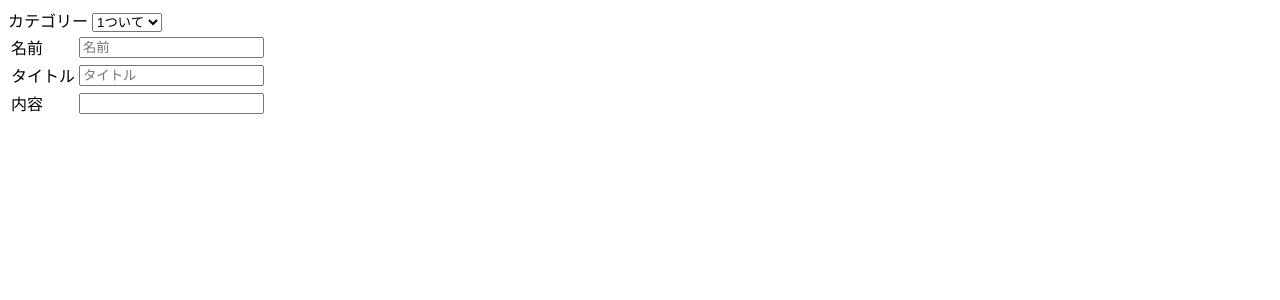
Repository: ryuhei0204/test
Page: http://localhost/Mytest/contact.jsp
The author's editor kept a copy of each file at every save. The page is drawn from the files as they stood at one save, then again after the next save.
The browser window is 1280 px wide. The pictures show the whole page.
The page is served by Tomcat 9.

Above is the page before, as saved 2019-06-27 04:38:58.

After the next save:
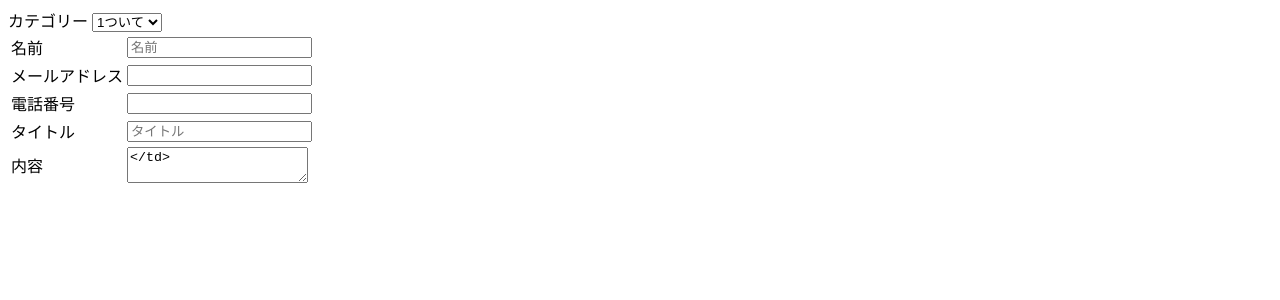
Saved 5 min 24 s later.
--- a/Mytest/WebContent/contact.jsp
+++ b/Mytest/WebContent/contact.jsp
@@ -26,6 +26,17 @@
 				<td><label>名前</label></td>
 				<td><input type = "text" name = "contactname" placeholder = "名前" value = "<s:property value = 'contactname'/>"/></td>
 			</tr>
+
+			<tr>
+				<td><label>メールアドレス</label>
+				<td><input type = "text" name = "contactmail" palceholder = "メールアドレス" value = "<s:property value = 'contactmail'/>"/></td>
+			</tr>
+
+			<tr>
+				<td><label>電話番号</label>
+				<td><input type = "text" name = "contacttel" palceholder = "電話番号" value = "<s:property value = 'cantacttel'/>"/></td>
+			</tr>
+
 			<tr>
 				<td><label>タイトル</label></td>
 				<td><input type = "text" name = "title" placeholder = "タイトル" value = "<s:property value = 'title'/>"/>
@@ -33,7 +44,7 @@
 
 			<tr>
 				<td><label>内容</label></td>
-				<td><input type = "textarea" name = "contents" value = "<s:property value = 'contents'/>"/></td>
+				<td><textarea  name = "contents" value = "<s:property value = 'contents'/>"/></td>
 			</tr>
 		</table>
 	</form>
